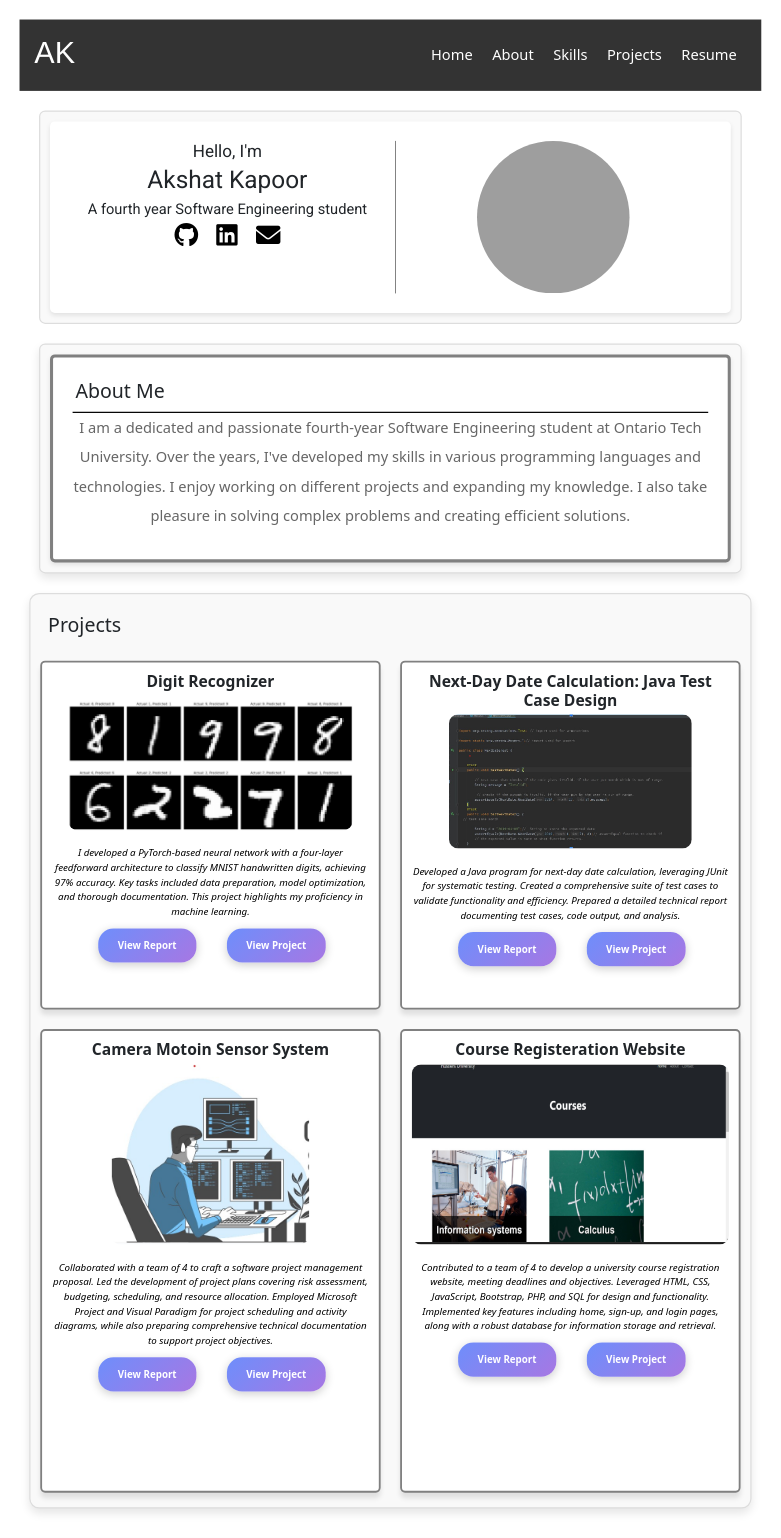
Repository: AkshatKapo/My-Portfolio
Page: /
These files come from the project's save history. The page is drawn as it stood at one moment and after the next save; the edit follows.
The browser window is 1280 px wide. The pictures show the whole page, at 61% of full size.
Pictures or frames that could not be fetched are drawn as grey boxes. The project was rebuilt for these pictures with package versions that can differ from the ones it lists, and the page was loaded fresh each time. Also part of the build but not shown: vite.config.js.

Above is the page before, as saved 2024-06-13 15:27:52.

After the next save:
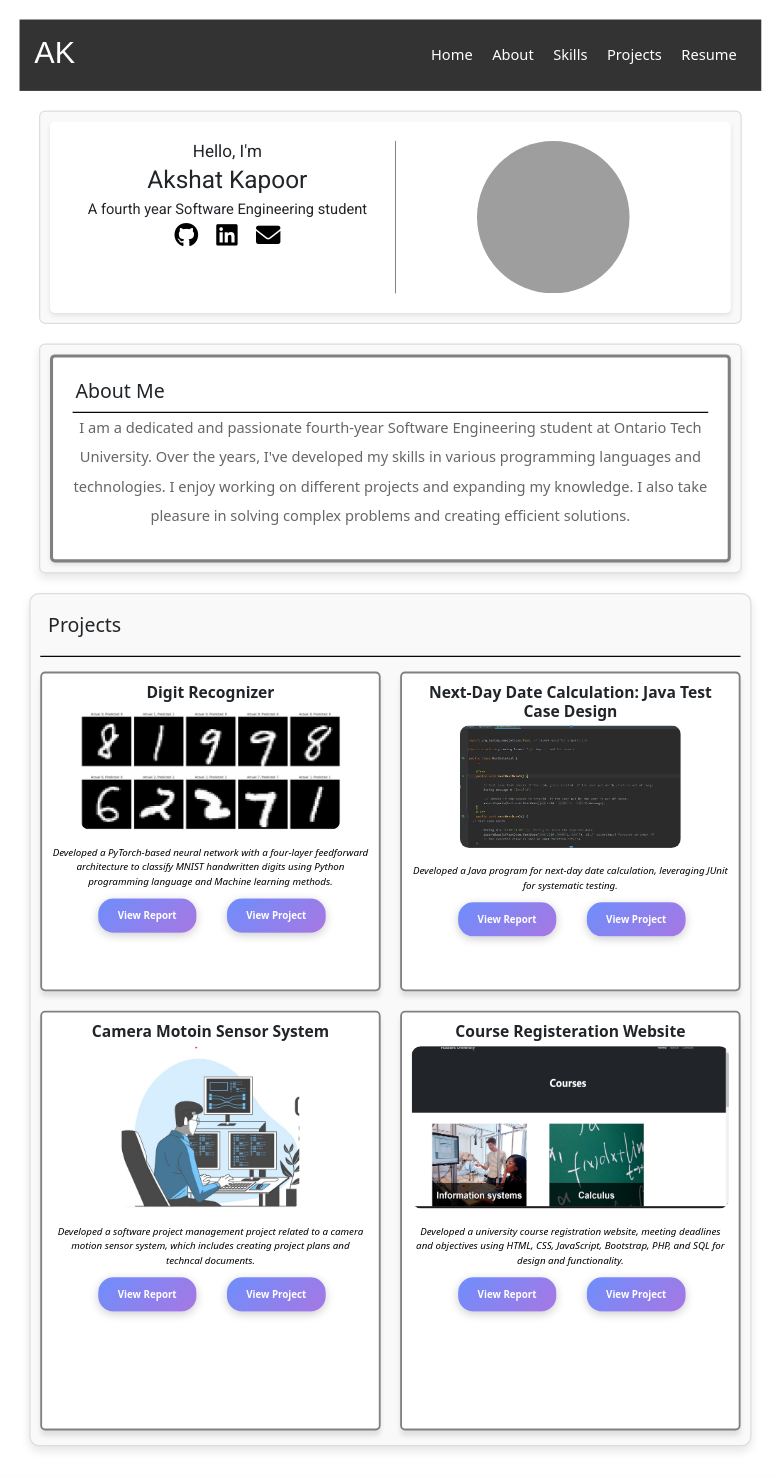
Saved 110 s later.
--- a/src/components/projects.jsx
+++ b/src/components/projects.jsx
@@ -1,52 +1,77 @@
-import React from 'react'
-import "./projects.css"
+import React from "react";
+import "./Projects.css";
 
 const projects = () => {
   return (
+    <section id="projects">
+      <div class="project-list">
+        <h2>Projects</h2>
+        <div className="seperator"></div>
+        <div class="project-row">
+          <div class="project">
+            <h3>Digit Recognizer</h3>
+            <img src="/assets/images/image.jpg"></img>
+            <p>
+              Developed a PyTorch-based neural network with a four-layer
+              feedforward architecture to classify MNIST handwritten digits
+              using Python programming language and Machine learning methods.
+            </p>
+            <a href="/Machine_Learning _FinalProject.pdf" class="Projectbutton">
+              View Report
+            </a>
+            <a href="link-to-project1" class="Projectbutton2">
+              View Project
+            </a>
+          </div>
+          <div class="project">
+            <h3>Next-Day Date Calculation: Java Test Case Design </h3>
+            <img src="/assets/images/date.jpg"></img>
+            <p>
+              Developed a Java program for next-day date calculation, leveraging
+              JUnit for systematic testing.{" "}
+            </p>
+            <a href="link-to-project1" class="Projectbutton">
+              View Report
+            </a>
+            <a href="link-to-project1" class="Projectbutton2">
+              View Project
+            </a>
+          </div>
+        </div>
+        <div class="project-row">
+          <div class="project">
+            <h3>Camera Motoin Sensor System</h3>
+            <img src="/assets/images/moton sensor.jpg"></img>
+            <p>
+              Developed a software project management project related to a
+              camera motion sensor system, which includes creating project plans and techncal documents.
+            </p>
+            <a href="link-to-project1" class="Projectbutton">
+              View Report
+            </a>
+            <a href="link-to-project1" class="Projectbutton2">
+              View Project
+            </a>
+          </div>
+          <div class="project">
+            <h3>Course Registeration Website</h3>
+            <img src="/assets/images/coursespage.jpg"></img>
+            <p>
+              Developed a university course registration website,
+              meeting deadlines and objectives using HTML, CSS, JavaScript,
+              Bootstrap, PHP, and SQL for design and functionality.
+            </p>
+            <a href="link-to-project1" class="Projectbutton">
+              View Report
+            </a>
+            <a href="link-to-project1" class="Projectbutton2">
+              View Project
+            </a>
+          </div>
+        </div>
+      </div>
+    </section>
+  );
+};
 
-        <div className='reveal'>
-          <section id="projects">
-            <div class="project-list">
-              <h2>Projects</h2>
-              <div class="project-row">
-                <div class="project">
-                  <h3>Digit Recognizer</h3>
-                  <img src="/assets/images/image.jpg"></img>
-                  <p>I developed a PyTorch-based neural network with a four-layer feedforward architecture to classify MNIST handwritten digits, achieving 97% accuracy. Key tasks included data preparation, model optimization, and thorough documentation. This project highlights my proficiency in machine learning.</p>
-
-                  <a href="/assets/images/Machine Learning Final Project (2).pdf" target="_blank" className="Projectbutton" rel="noopener noreferrer">View Report</a>
-                  <a href="link-to-project1" class="Projectbutton2">View Project</a>
-
-                </div>
-                <div class="project">
-                  <h3>Next-Day Date Calculation: Java Test Case Design </h3>
-                  <img src="/assets/images/date.jpg"></img>
-                  <p>Developed a Java program for next-day date calculation, leveraging JUnit for systematic testing. Created a comprehensive suite of test cases to validate functionality and efficiency. Prepared a detailed technical report documenting test cases, code output, and analysis.</p>
-
-                  <a href="/assets/images/100781511AkshatKapoorTestDesignAssignmentNextDate.pdf" target="_blank" className="Projectbutton" rel="noopener noreferrer">View Report</a>
-                  <a href="link-to-project1" class="Projectbutton2">View Project</a>
-                </div>
-              </div>
-              <div class="project-row">
-                <div class="project">
-                  <h3>Camera Motoin Sensor System</h3>
-                  <img src="/assets/images/moton sensor.jpg"></img>
-                  <p>Collaborated with a team of 4 to craft a software project management proposal. Led the development of project plans covering risk assessment, budgeting, scheduling, and resource allocation. Employed Microsoft Project and Visual Paradigm for project scheduling and activity diagrams, while also preparing comprehensive technical documentation to support project objectives.</p>
-                  <a href="link-to-project1" class="Projectbutton">View Report</a>
-                  <a href="link-to-project1" class="Projectbutton2">View Project</a>
-                </div>
-                <div class="project">
-                  <h3>Course Registeration Website</h3>
-                  <img src="/coursespage.jpg"></img>
-                  <p>Contributed to a team of 4 to develop a university course registration website, meeting deadlines and objectives. Leveraged HTML, CSS, JavaScript, Bootstrap, PHP, and SQL for design and functionality. Implemented key features including home, sign-up, and login pages, along with a robust database for information storage and retrieval.</p>
-                  <a href="link-to-project1" class="Projectbutton">View Report</a>
-                  <a href="link-to-project1" class="Projectbutton2">View Project</a>
-                </div>
-              </div>
-            </div>
-          </section>
-        </div>
-  )
-}
-
-export default projects
+export default projects;
